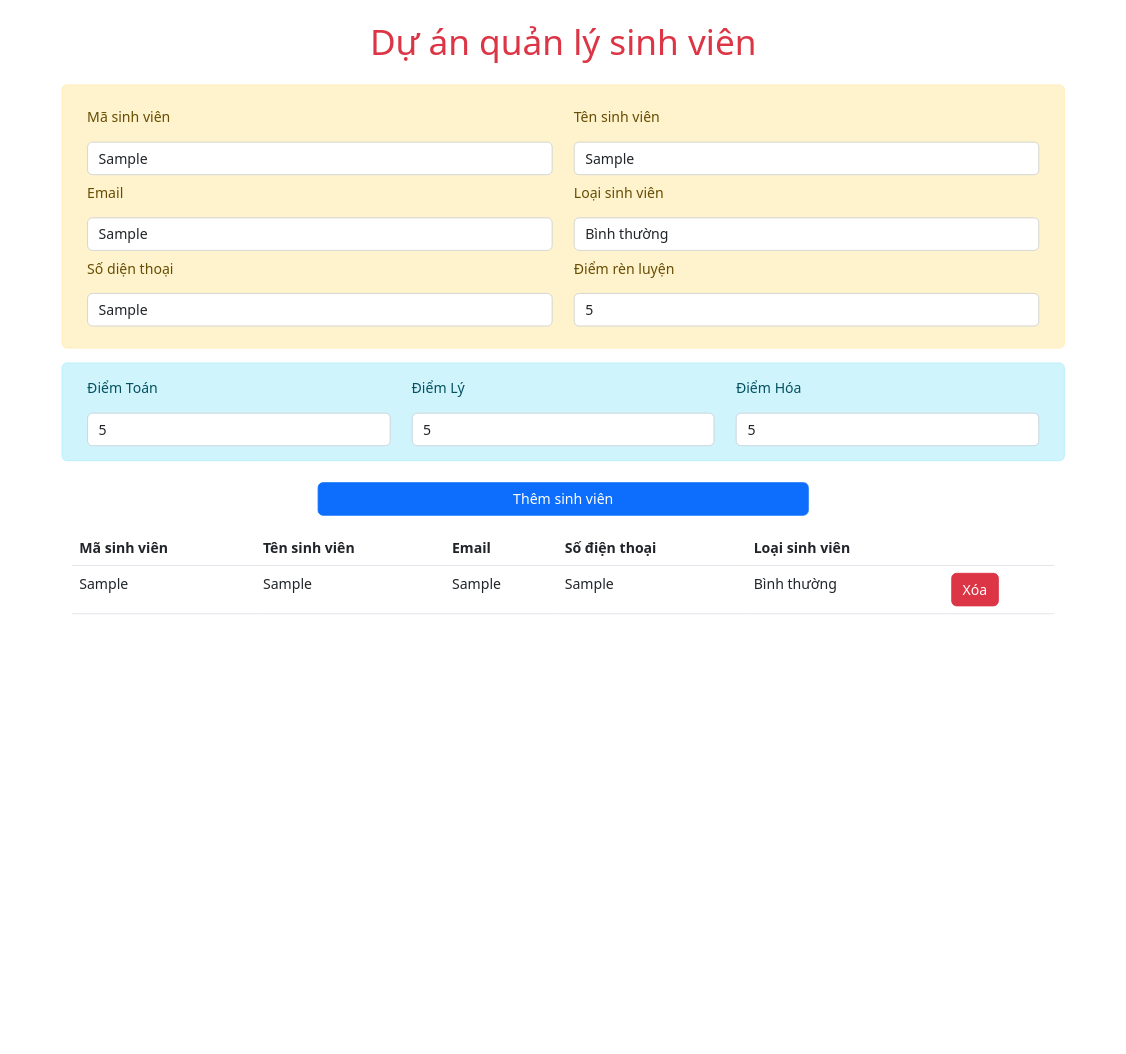
Repository: hcozyph/Cybersoft_JS_OOP
Page: index.html
The author's editor kept a copy of each file at every save. The page is drawn from the files as they stood at one save, then again after the next save.
The browser window is 1280 px wide. The pictures show the whole page, at 88% of full size.
Empty fields were first filled with sample values (such as "Sample", 5 or name@example.com).
After loading, the first visible `#btnThemSinhVien` was clicked once.

Above is the page before, as saved 2023-02-26 10:40:19.

After the next save:
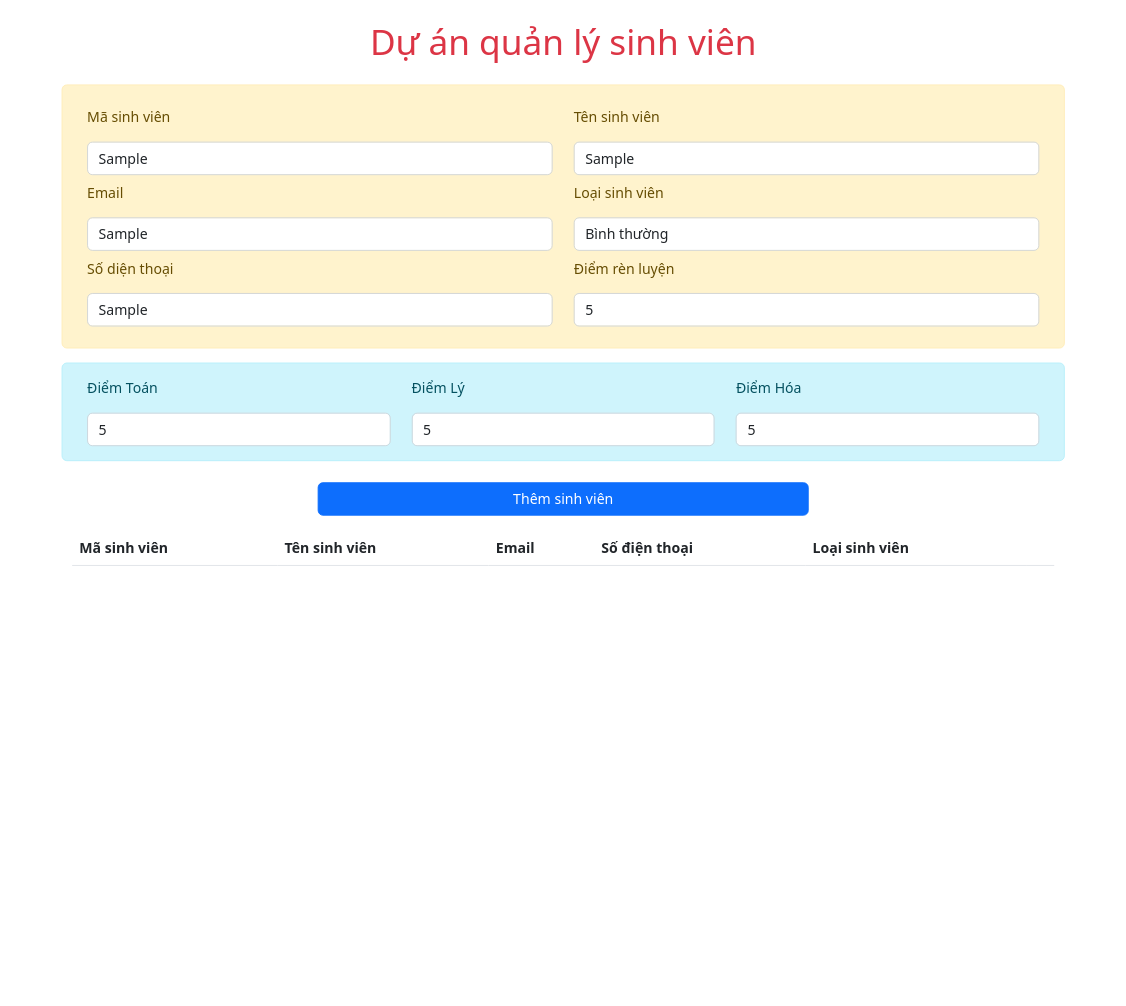
Console error: ReferenceError: log is not defined
Saved 8 min 38 s later.
--- a/controllers/js/index.js
+++ b/controllers/js/index.js
@@ -18,6 +18,9 @@ function getEle(n) {
 function querySelector(n) {
     return document.querySelector(n);
 }
+////////////////////
+
+var mangSinhVien = [];
 
 getEle('btnThemSinhVien').onclick = function () {
     //input: sinhVien: SinhVien
@@ -37,6 +40,44 @@ getEle('btnThemSinhVien').onclick = function () {
     sv.diemHoa = querySelector('#diemHoa').value;
 
     //output:
+    //Mỗi lần click thêm sinh viên => thêm vào mảng 1 object
+    mangSinhVien.push(sv);
+    console,log('mảng sinh viên', mangSinhVien)
+
+
+}
+
+function renderTableSinhVien (arrSinhVien) {
+    //input là mangSinhVien = [{maSinhVien:1,tenSinhViwn:'A'},{maSinhVien:2,tenSinhViwn:'B'},]
+    var htmlString = '';
+
+    for ( var index = 0; index < arrSinhVien.lenght; index++) {
+        var sv = arrSinhVien[index];
+        htmlString += `
+            <tr>
+            <td>${sv.maSinhVien}</td>
+            <td>${sv.tenSinhVien}</td>
+            <td>${sv.email}</td>
+            <td>${sv.soDienThoai}</td>
+            <td>${sv.loaiSinhVien}</td>
+            <td>
+                <button class="btn btn-danger">Xóa</button>
+            </td>
+            </tr>
+
+        `
+
+    }
+
+
+
+
+}
+
+
+
+    /*
+        /////////---------CÁCH 2 : LẬP TRÌNH HƯỚNG ĐỐI TƯỢNG----------/////
     var htmlString = `
         <tr>
             <td>${sv.maSinhVien}</td>
@@ -51,12 +92,11 @@ getEle('btnThemSinhVien').onclick = function () {
     `;
 
     querySelector('tbody').innerHTML += htmlString;
+    */
 
 
 
-
-
-    // /////////----------CÁCH 1 : LẬP TRÌNH HƯỚNG GIAO DIỆN-------------/////
+    /////////---------CÁCH 1 : LẬP TRÌNH HƯỚNG GIAO DIỆN----------/////
     // //--Step 1: tạo thẻ tr
     // var tr = document.createElement('tr');
 
@@ -121,4 +161,3 @@ getEle('btnThemSinhVien').onclick = function () {
 
     // //Đưa thẻ tr lên giao diện
     // querySelector('tbody').appendChild(tr);
-}
